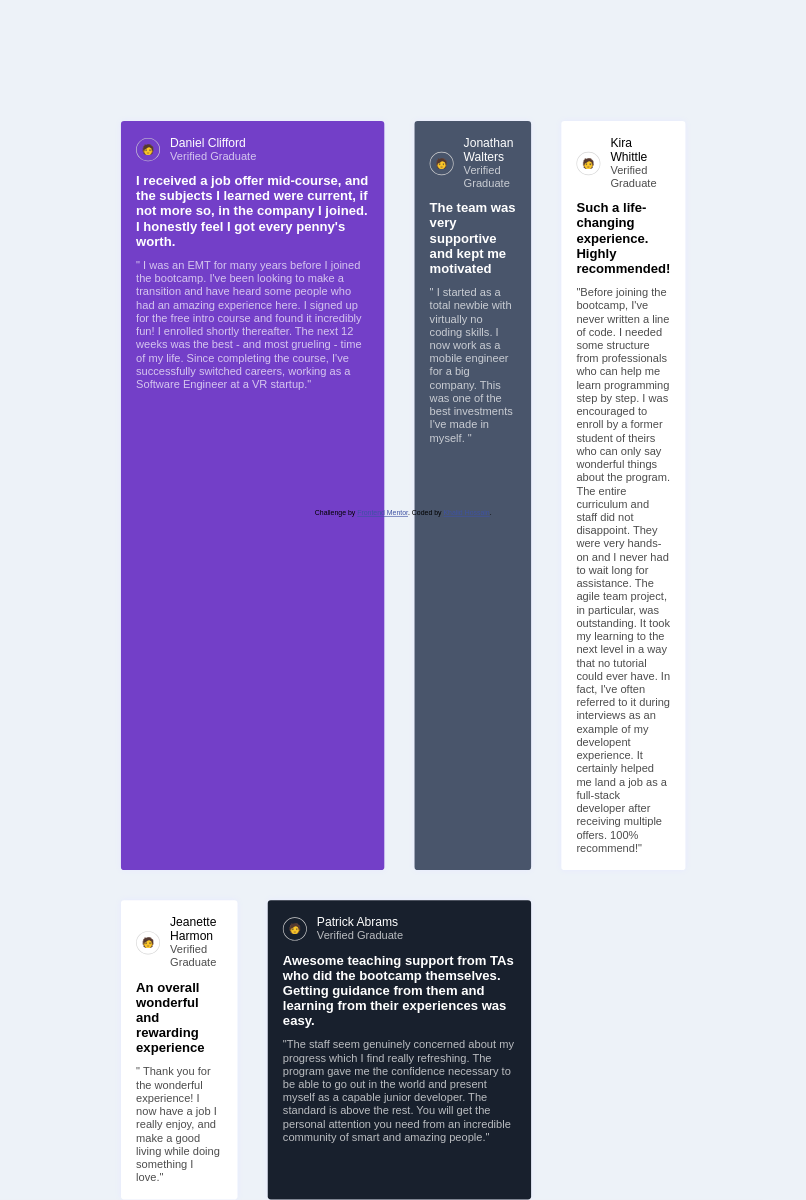
Repository: badhon252/Testimonials-Grid-Section
Page: index.html
An editor plug-in stored every save of this project. The page is shown before and after the next save, followed by the edit.
The browser window is 1280 px wide. The pictures show the whole page, at 63% of full size.

Above is the page before, as saved 2023-02-18 20:56:07.

After the next save:
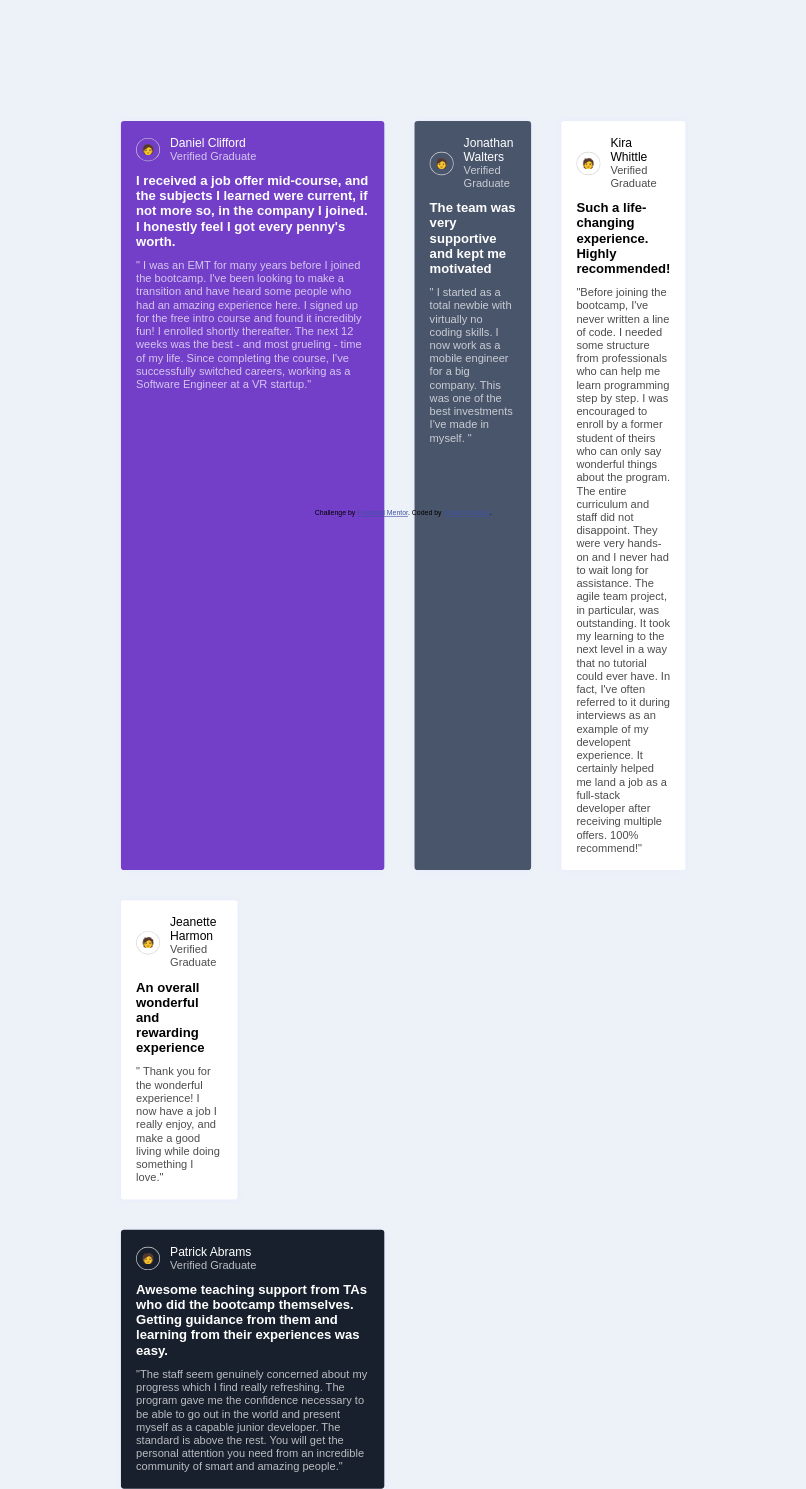
Saved 13 s later.
--- a/css/style.css
+++ b/css/style.css
@@ -86,8 +86,8 @@ p {
     order: 5;
     background-color: #18202d;
     color: #fff;
-    grid-column-start: 2;
-    grid-column-end: 4;
+    grid-column-start: 1;
+    grid-column-end: 3;
 }
 
 .box5 {
